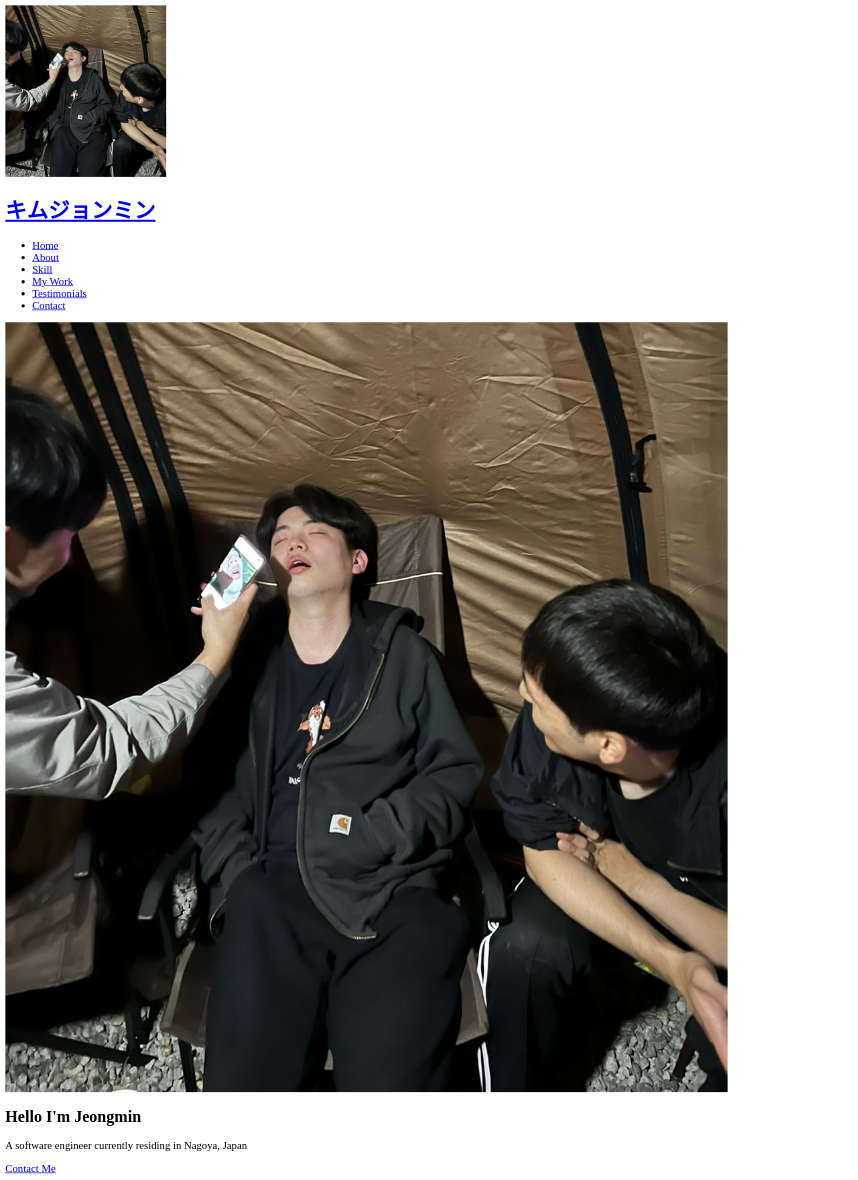
Repository: N1C0N1C0/Portfolio
Page: index.html
The author's editor kept a copy of each file at every save. The page is drawn from the files as they stood at one save, then again after the next save.
The browser window is 1280 px wide. The pictures show the whole page, at 67% of full size.
Some web libraries are served in a nearby version.

Above is the page before, as saved 2023-12-11 21:42:55.

### index.html
<!DOCTYPE html>
<html lang="jp">
<head>
    <meta charset="UTF-8">
    <meta name="viewport" content="width=device-width, initial-scale=1.0">
    <!-- SEO -->
    <title>My&#39s Portfolio</title>
    <meta
        name="description"
        content="Portfolio for job change"
    />
    <meta
        name="author" content="KimJeongmin"
    />
    <link rel="shortcut icon" href="images/favicon.ico" type="image/x-icon">
    <!-- OG(OPEN Graph Data) -->
    <meta property="og:title" content="Portfolio"/>
    <meta property="og:type" content="website"/>
    <meta property="og:url" content="URL generated after deployment"/>
    <meta property="og:image" content="Image URL created after deployment"/>
    <!-- Google Fonts -->
    <link rel="preconnect" href="https://fonts.googleapis.com">
    <link rel="preconnect" href="https://fonts.gstatic.com" crossorigin>
    <link href="https://fonts.googleapis.com/css2?family=Noto+Sans+JP:wght@300;400;500&family=Open+Sans:wght@400;600&display=swap" rel="stylesheet">
    <!-- Font Awesome -->
    <script src="https://kit.fontawesome.com/04742e9fab.js" crossorigin="anonymous"></script>
    <!-- CSS -->
    <link rel="stylesheet" href="css/style.css">
    <!-- Javascript -->
    <script src="src/main.js" defer></script>
</head>
<body>
    <!-- Header -->
    <header>
        <div>
            <img src="images/favicon.ico" alt="logo" />
            <h1><a href="#">キムジョンミン</a></h1>
        </div>
        <nav>
            <ul>
                <li><a href="#home">Home</a></li>
                <li><a href="#about">About</a></li>
                <li><a href="#skills">Skill</a></li>
                <li><a href="#work">My Work</a></li>
                <li><a href="#testimonials">Testimonials</a></li>
                <li><a href="#contact">Contact</a></li>
            </ul>
        </nav>
    </header>
    <!-- Main -->
    <main>
        <!-- Home -->
        <section id="home">
            <img src="images/profile.JPG" alt="profile">
            <h2>Hello I&#39;m Jeongmin</h2>
            <p>A software engineer currently residing in Nagoya, Japan</p>
            <a href="#contact">Contact Me</a>
        </section>
        <!-- About -->
        <section id="about"></section>
        <!-- Skills -->
        <section id="skills"></section>
        <!-- Work -->
        <section id="work"></section>
        <!-- Testimonials -->
        <section id="testimonials"></section>
        <!-- Arrow up -->
        <aside></aside>
    </main>
    <!-- Footer -->
    <footer id="contact"></footer>
</body>
</html>

Loaded but not shown: css/style.css (no copy from this time; the picture is the same without it); src/main.js (no copy from this time; the picture is the same without it)

After the next save:
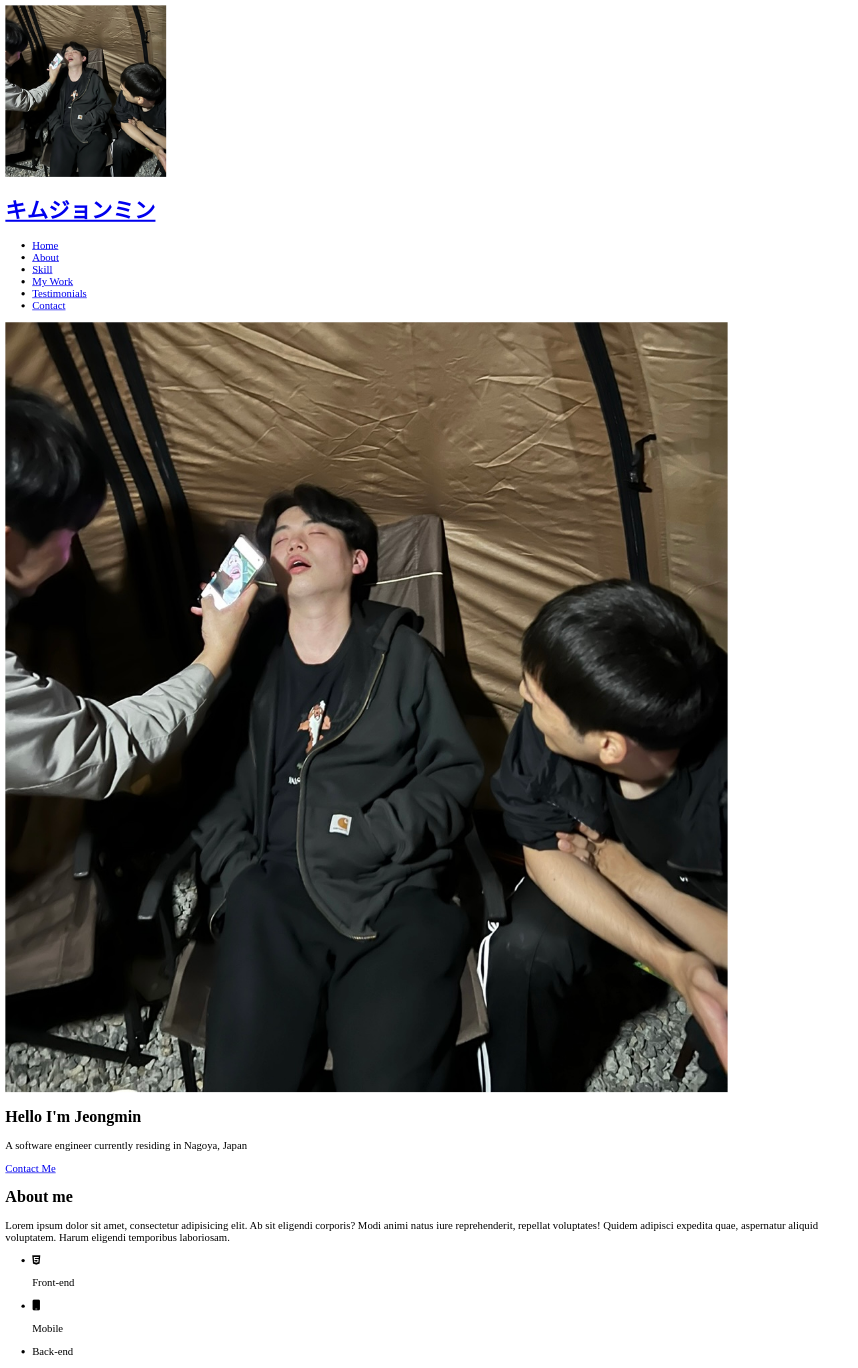
Saved 10 min 0 s later.
--- a/index.html
+++ b/index.html
@@ -57,7 +57,26 @@
             <a href="#contact">Contact Me</a>
         </section>
         <!-- About -->
-        <section id="about"></section>
+        <section id="about">
+            <h2>About me</h2>
+            <p>
+                Lorem ipsum dolor sit amet, consectetur adipisicing elit. Ab sit eligendi corporis? Modi animi natus iure reprehenderit, repellat voluptates! Quidem adipisci expedita quae, aspernatur aliquid voluptatem. Harum eligendi temporibus laboriosam.
+            </p>
+            <ul>
+                <li>
+                    <i class="fa-brands fa-html5"></i>
+                    <p>Front-end</p>
+                    <p></p>
+                </li>
+                <li>
+                    <i class="fa-solid fa-mobile"></i>
+                    <p>Mobile</p>
+                </li>
+                <li>
+                    <p>Back-end</p>
+                </li>
+            </ul>
+        </section>
         <!-- Skills -->
         <section id="skills"></section>
         <!-- Work -->
